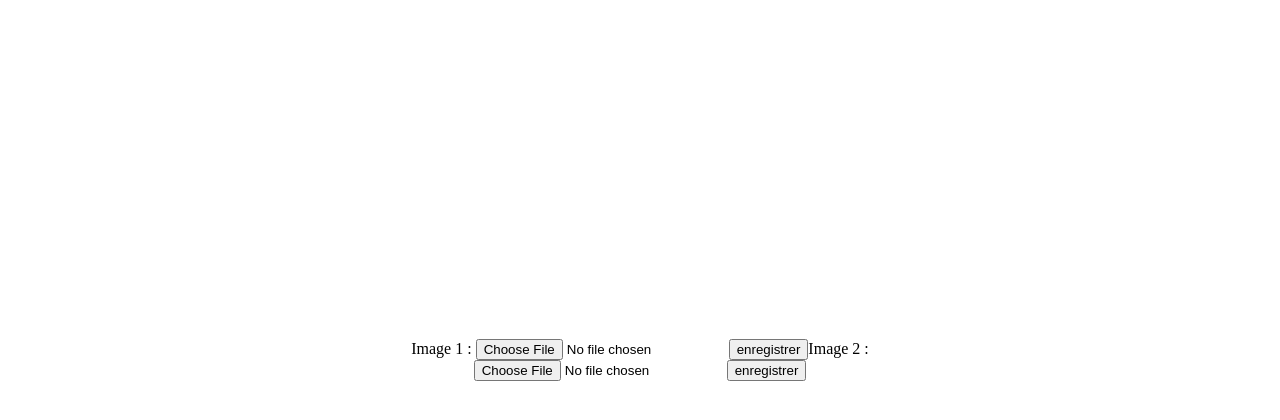
Repository: Lucas-Cassan/img-assembler
Page: / (app in frontend/)
These files come from the project's save history. The page is drawn as it stood at one moment and after the next save; the edit follows.
The browser window is 1280 px wide. The pictures show the whole page.
The project was rebuilt for these pictures with package versions that can differ from the ones it lists, and the page was loaded fresh each time.

Above is the page before, as saved 2022-02-02 14:51:10.

### frontend/src/index.js
import React from "react";
import ReactDOM from "react-dom";
import "./styles/index.scss";
import App from "./App";

ReactDOM.render(
  <React.StrictMode>
    <App />
  </React.StrictMode>,
  document.getElementById("root"),
);

### frontend/src/styles/index.scss
html{
    padding: 0;
    margin: 0;

    body{
        padding: 0;
        margin: 0;
        width: 100vw;
        height: 100vh;
        overflow: hidden;
        display: flex;
        justify-content: center;
        align-items: center;

        #root{
            width: 100%;
            height: 100%;
            display: flex;
            justify-content: center;
            align-items: center;
            flex-direction: column;

            #img{

            }
            form{

            }
        }

    }
}

### frontend/src/App.js
import React from "react";
import Fusiooooon from "./pages/Fusiooooon";

const App = () => {
  return (
    <>
      <Fusiooooon />
    </>
  );
};

export default App;

### frontend/src/pages/Fusiooooon.js
import React, { useState } from "react";
import axios from "axios";

const Fusiooooon = () => {
  const [file1, setFile1] = useState();
  const [file2, setFile2] = useState();

  const handleSubmit = (e) => {
    e.preventDefault();

    console.log(file1);
    const data = new FormData();
    data.append("file", file1);

    axios({
      method: "post",
      url: `http://localhost:5000/img/merge`,
      data,
    })
      .then((res) => console.log(res))
      .catch((err) => console.log(err));
  };

  const handleSubmit2 = (e) => {
    e.preventDefault();

    console.log(file1);
    const data = new FormData();
    data.append("file", file2);

    axios({
      method: "post",
      url: `http://localhost:5000/img/merge`,
      data,
    })
      .then((res) => console.log(res))
      .catch((err) => console.log(err));
  };

  return (
    <>
      <div id="image"></div>
      <form action="" onSubmit={handleSubmit}>
        <label htmlFor="">Image 1 : </label>
        <input
          type="file"
          name="file"
          id="file"
          accept=".jpg, .jpeg, .png"
          onChange={(e) => setFile1(e.target.files[0])}
        />
        <input type="submit" value="enregistrer" />
        <label htmlFor="">Image 2 : </label>
      </form>
      <form action="" onSubmit={handleSubmit2}>
        <input
          type="file"
          name="file"
          id="file"
          accept=".jpg, .jpeg, .png"
          onChange={(e) => setFile2(e.target.files[0])}
        />
        <input type="submit" value="enregistrer" />
      </form>
    </>
  );
};

export default Fusiooooon;

Loaded but not shown: frontend/public/index.html (common file)

After the next save:
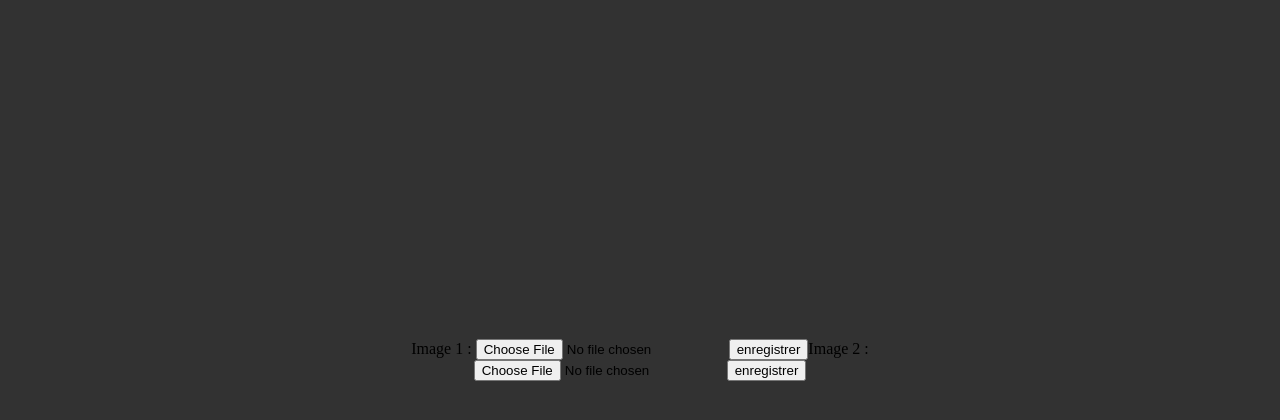
Saved 3 min 17 s later.
--- a/frontend/src/styles/index.scss
+++ b/frontend/src/styles/index.scss
@@ -11,6 +11,7 @@ html{
         display: flex;
         justify-content: center;
         align-items: center;
+        background-color: #323232;
 
         #root{
             width: 100%;
